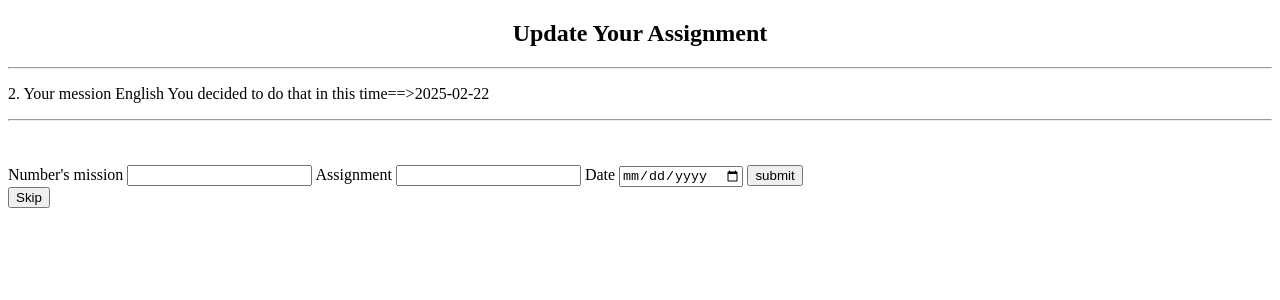
Repository: marawan200311-dev/To-Do-List-
Page: http://localhost/update_page
The author's editor kept a copy of each file at every save. The page is drawn from the files as they stood at one save, then again after the next save.
The browser window is 1280 px wide. The pictures show the whole page.
The page is served by the project's application, run on Flask 3 (app.py). The page reads the database file committed with the project.

Above is the page before, as saved 2025-11-22 06:41:21.
Console error: TypeError: Cannot read properties of null (reading 'addEventListener')

### templates/update.html
{%extends 'base.html'%}
{%block head%}
<title>update page</title>
{%endblock%}
{%block body%}
<h2 class="logo_of_update">Update Your Assignment</h2>
<hr>
<div>
  <p></p>
  {% if data %}
    {% for item in data %}
        <p>{{ item }}</p>
    {% endfor %}
{% else %}
    <p>You haven't added anything yet to updata :)!</p>
{% endif %}
</div>
<hr><br><br>
<form action="/update_new_assignment" method="POST">
    <label for="ID">Number's mission</label>
    <input type="number" name="id" value="{{id}}">
    <label for="assignment">Assignment</label>
    <input type="text" name="assignment" value="{{assignment}}" id="assignment">
    <label for="date">Date</label>
    <input type="date" name="date" value="{{date}}">
     <button type="submit">submit</button>
</form>
<button class="Skip_update">Skip</button>
{%endblock%}

### templates/base.html
<!DOCTYPE html>
<html lang="en">
  <head>
    <meta charset="UTF-8">
    <meta name="viewport" content="width=device-width, initial-scale=1.0">
    <link
      rel="stylesheet"
      href="{{url_for('static', filename='css/style.css')}}"
    />

    {%block head %}{%endblock%}
  </head>
  <body>
    {%block body %} {%endblock%}
    <script src="{{url_for('static',filename='js/main.js')}}"></script>
  </body>
</html>

### app.py
from flask import Flask, render_template ,url_for,request,redirect
import sqlite3
import os
db_py=os.path.join(os.path.dirname(__file__),'instance', 'data.db')
from instance.databas import initialise_data, add_data, show_up,delete,update




app= Flask(__name__)
@app.route('/')
def index():
  return render_template('index.html')
#_____________ADD_______________
@app.route('/add_page')
def add_page():
    return render_template('add.html')

@app.route('/add_assignment' ,methods=['POST'])
def assignment ():
   assignment=request.form['assignment']
   date= request.form['date']
   add_data(assignment,date)
   return render_template('add.html')

@app.route('/skip')
def skip ():
   return redirect('/')
#__________________________________

#_____________DELETE______________
@app.route('/delete_page')
def delete_page():
    data=show_up()
    return render_template('delete.html', schedule=data)

@app.route("/delet_form" , methods=['POST'])
def delete_mission():
    id_of_mission=int(request.form['number'])
    delete(id_of_mission)
    data=show_up()
    return render_template('delete.html',schedule=data)

@app.route('/skip_delete')
def skip_delete():
   return redirect('/')

#___________________________________________

#__________UPDATE_____________________
@app.route('/update_page')
def update_index():
    data=show_up()
    return render_template('update.html',data=data)
@app.route('/update_new_assignment' , methods=['POST'])
def update_data():
    id  = int(request.form['id'])
    new_assignment = request.form.get('assignment')
    new_date =  request.form.get('date')
    update(id,new_assignment,new_date)
    data = show_up()
    return render_template('/update.html', data=data)
@app.route('/skip_update')
def skip_button():
    return redirect('/')
#__________________________________________

#________SHOW_________________
@app.route('/show_page')
def show_page():
    data=show_up()
    return render_template('show.html', schedule=data)
@app.route('/skip_show')
def skip_show():
    return redirect('/')


if __name__=="__main__":
      app.run(debug=True)

### instance/databas.py
import sqlite3
import os

def initialise_data():
  connect = sqlite3.connect('data.db')
  cursor= connect.cursor()

  cursor.execute('''
  CREATE TABLE IF NOT EXISTS user_assignment( id INTEGER PRIMARY KEY AUTOINCREMENT,
  assignment TEXT NOT NULL ,
date TEXT )
''')





def add_data(assignment,date):
   connect = sqlite3.connect('data.db')
   cursor= connect.cursor()
   cursor.execute('INSERT INTO user_assignment (assignment,date) VALUES(?,?)', (assignment,date))
   connect.commit()
   connect.close()

def show_up():
  connect = sqlite3.connect('data.db')
  cursor= connect.cursor()

  cursor.execute('SELECT * FROM user_assignment')
  all_date = cursor.fetchall()

  schedule=[]
  for data in all_date:
    schedule.append(f'{data[0]}. Your mession {data[1]} You decided to do that in this time==>{data[2]}')
  if len(schedule)==0 :
    print('The user does not add anything :)')
  return schedule


def delete (assignmentNumber):
  connect = sqlite3.connect('data.db')
  cursor= connect.cursor()

  cursor.execute('SELECT * FROM user_assignment WHERE id=?', (assignmentNumber,))
  row= cursor.fetchone()
  if row is None:
   return f"This {row} doesn't valid "
  cursor.execute('DELETE FROM user_assignment WHERE id = ? ', (assignmentNumber,))
  connect.commit()
  connect.close()
  return True

def update(id,assignment,date):
  connect = sqlite3.connect('data.db')
  cursor= connect.cursor()
  cursor.execute('''UPDATE user_assignment SET assignment=?, date=? WHERE id=?''',(assignment, date, id))
  connect.commit()
  connect.close()














initialise_data()

### static/css/style.css
.h1{
  text-align: center;
  border-bottom: 2px solid black;
}

#text_add {
   display: inline;
}
#text_update{
  display: inline;
}

#text_show{
  display: inline;
}
#text_delete{
  display: inline;
}
.Show{
  text-align: center;

}
.Delete_logo{
  text-align: center;
}
.logo_of_update{
  text-align: center;
}

### static/js/main.js
document.addEventListener('DOMContentLoaded', () => {
    const skipButton = document.querySelector('.Skip');
    if(skipButton){
        skipButton.addEventListener('click', () => {
            window.location = '/skip';
        });
    }
});

const skip_showButton=document.querySelector('.Skip_Show');
if(skip_showButton){
    skip_showButton.addEventListener('click',()=>{
        window.location ='/skip_show';
    });
}

const skip_deleteButton=document.querySelector('.Skip_delete')
if(skip_deleteButton){
    skip_deleteButton.addEventListener('click',()=>{
        window.location ='/skip_delete'
    });
}


const addButton = document.querySelector('.Add');


addButton.addEventListener('click', () => {

    window.open('/add_page', '_blank');
});



addButton.addEventListener('click', () => {

    window.open('/add_page', '_blank');
});



const deletButton= document.querySelector('.Delete');

deletButton.addEventListener('click' , () => {
window.open('/delete_page','_blank')
});





const ubdateButton = document.querySelector('.Update')
ubdateButton.addEventListener('click', ()=> {
window.open('/update_page','_blank')

});








const showButton = document.querySelector('.Show')
showButton.addEventListener('click',()=>{
window.open('/show_page','_blank')
});

### data.db (the tables this page reads, as SQL)
CREATE TABLE user_assignment( id INTEGER PRIMARY KEY AUTOINCREMENT,
  assignment TEXT NOT NULL ,
date TEXT );
INSERT INTO "user_assignment" VALUES
(2, 'English', '2025-02-22');

After the next save:
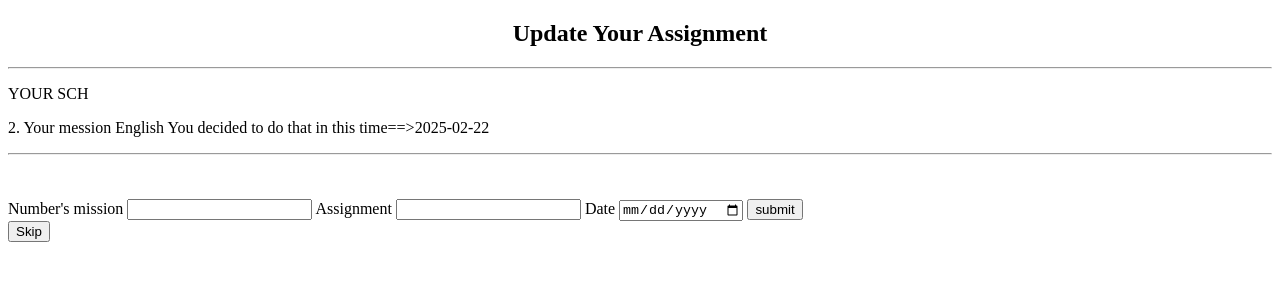
Saved 9 s later.
--- a/templates/update.html
+++ b/templates/update.html
@@ -6,7 +6,7 @@
 <h2 class="logo_of_update">Update Your Assignment</h2>
 <hr>
 <div>
-  <p></p>
+  <p>YOUR SCH</p>
   {% if data %}
     {% for item in data %}
         <p>{{ item }}</p>
